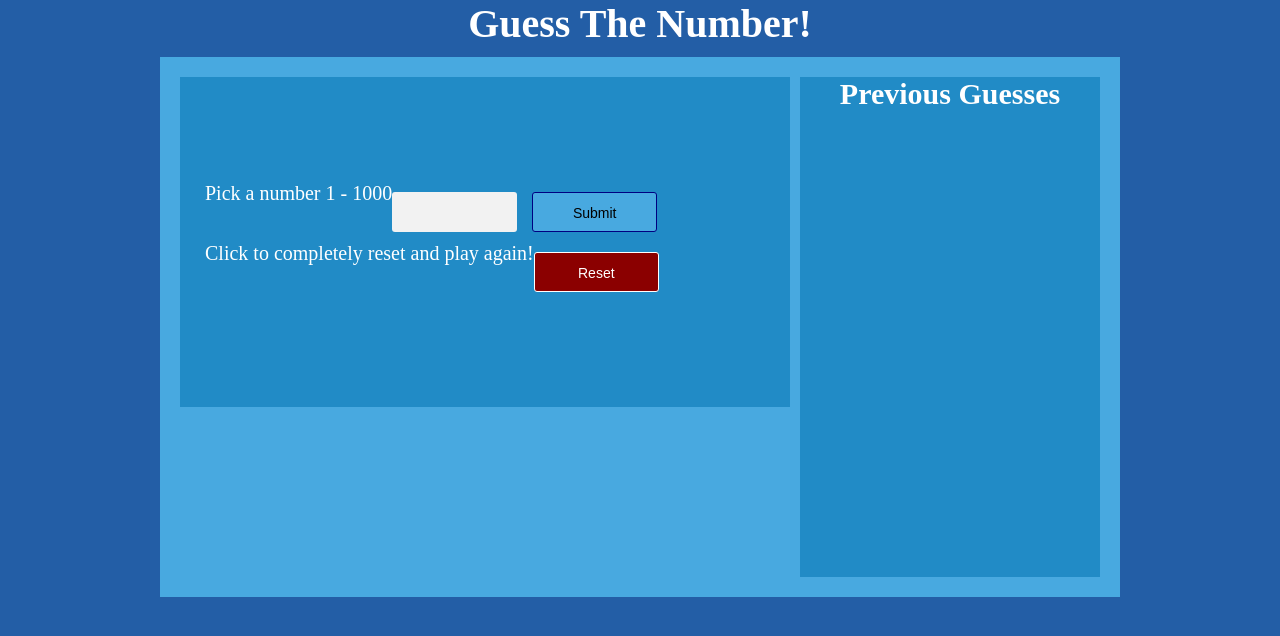
Repository: mlmEFSC21/P15-Modified-Guessing-Game
Page: guess.html
The author's editor kept a copy of each file at every save. The page is drawn from the files as they stood at one save, then again after the next save.
The browser window is 1280 px wide. The pictures show the whole page.

Above is the page before, as saved 2022-03-21 20:55:17.

### guess.html
<!DOCTYPE html>
<html lang="en">
    <head>
        <meta charset="UTF-8" />
        <meta http-equiv="X-UA-Compatible" content="IE=edge" />
        <meta name="viewport" content="width=device-width, initial-scale=1.0" />
        <link rel="stylesheet" href="guess.css" />
        <script src="guess.js" defer></script>
        <title>Guessing Game</title>
    </head>
    <body>
        <header>
            <h1 class="pageTitle">Guess The Number!</h1>
        </header>
        <section>
            <div class="gameContainer" id="container">
                <div class="results" id="results">
                    <form action="#" class="inputForm">
                        <label for="guessInput">Pick a number 1 - 1000</label>
                        <input
                            type="text"
                            required
                            name="guessInput"
                            class="guessInput"
                            id="guessInput"
                        />
                        <input type="button" class="submitBtn" id="submitBtn" value="Submit" />
                        <label for="resetBtn">Click to completely reset and play again!</label>
                        <button type="reset" class="resetBtn" id="resetBtn" name="Reset">
                            Reset
                        </button>
                    </form>
                </div>
                <div class="guessesContainer" id="guessesContainer">
                    <h2>Previous Guesses</h2>
                    <ul class="guesses" id="guessList"></ul>
                </div>
            </div>
        </section>
    </body>
</html>

### guess.css
:root {
    --clr-primary: #218bc6;
    --clr-secondary: #48a9e0;
    --clr-tertiary: #235ea6;
}

*,
*::after,
*::before {
    box-sizing: border-box;
    margin: 0;
    padding: 0;
}
body {
    background-color: var(--clr-tertiary);
    color: white;
    font-size: 20px;
}
.pageTitle {
    text-align: center;
}
.gameContainer {
    background-color: var(--clr-secondary);
    display: grid;
    max-width: 960px;
    height: 75vh;
    margin: 10px auto;
    padding: 20px;
    grid-template-columns: repeat(3, 1fr);
    grid-template-rows: repeat(3, 1fr);
    gap: 10px;
    align-items: center;
    justify-content: center;
}
.results {
    background-color: var(--clr-primary);
    display: flex;
    flex-direction: column-reverse;
    margin: 10px auto;
    padding: 0 25px;
    grid-column: 1 / 3;
    grid-row: 1 / 3;
    height: 100%;
    justify-content: center;
    align-items: center;
    overflow: hidden;
}
input,
button {
    margin-block: 10px;
}
.inputForm {
    display: flex;
    flex-wrap: wrap;
}
label {
    /* margin-right: 15px; */
}
input {
    border: none;
    -webkit-appearance: none;
    -ms-appearance: none;
    -moz-appearance: none;
    appearance: none;
    background: #f2f2f2;
    padding: 12px;
    border-radius: 3px;
    width: 125px;
    height: 40px;
    outline: none;
    font-size: 14px;
}
button {
    border: solid 1px white;
    margin-bottom: 10px;
    padding: 12px;
    border-radius: 3px;
    width: 125px;
    height: 40px;
    outline: none;
    font-size: 14px;
}
.submitBtn {
    background: var(--clr-secondary);
    border: solid 0.5px navy;
    margin-left: 15px;
}
.submitBtn:hover {
    background: #44b3db;
}
.resetBtn {
    background: darkred;
    color: white;
}
.resetBtn:hover {
    background: red;
}
.guessesContainer {
    background-color: var(--clr-primary);
    display: flex;
    flex-direction: column;
    flex-grow: 2;
    height: 100%;
    grid-row: 1 / 4;
    align-items: center;
    overflow: hidden;
}
/* the h3 that is appended by the js. It was hugging the container too much. */
h3 {
    margin: 10px;
    text-align: center;
}

### guess.js
let randomNumber = Math.floor(Math.random() * 1000 + 1);
let guesses = [];

const guessInput = document.getElementById("guessInput");
const resultsDiv = document.getElementById("results");
const submitButton = document.getElementById("submitBtn");
const resetButton = document.getElementById("resetBtn");
const p = document.createElement("p");
const ul = document.getElementById("guessList");
const li = document.createElement("li");
const guessesContainer = document.getElementById("guessesContainer");
const h3 = document.createElement("h3");

//checks to see if the guess is higher, lower, or equal to
function checkGuess() {
    const currentGuess = Number(guessInput.value);
    if (currentGuess == randomNumber) {
        guesses.push(currentGuess);
        p.innerText = "Congratulations! You guessed the number!";
        resultsDiv.append(p);
        countGuesses();
    }
    if (currentGuess < randomNumber) {
        guesses.push(currentGuess);
        p.innerText = "Too low. Try again!";
        resultsDiv.append(p);
        trackGuesses();
    }
    if (currentGuess > randomNumber) {
        guesses.push(currentGuess);
        p.innerText = "Too high. Try again!";
        resultsDiv.append(p);
        trackGuesses();
    }
}
//tracks previous guess in a <ul>. Removes <li> and populates from guesses[] each time.
function trackGuesses() {
    while (ul.hasChildNodes()) {
        ul.removeChild(ul.firstChild);
    }
    for (i = 0; i <= guesses.length - 1; i++) {
        let li = document.createElement("li");
        li.innerText = guesses[i];
        ul.appendChild(li);
    }
}

//counts how many guesses. Uses array length.
function countGuesses() {
    let numOfGuesses = guesses.length;
    if (numOfGuesses < 10) {
        h3.innerText = `${numOfGuesses} guesses?! Either you know the secret or you got lucky!`;
    } else if (numOfGuesses == 10) {
        h3.innerText = `${numOfGuesses} guesses. Ahah! You know the secret!`;
    } else if (numOfGuesses > 10) {
        h3.innerText = `Yikes! ${numOfGuesses} guesses... You should be able to do better! *Hint* Knowing the trick is half the battle.`;
    }
    guessesContainer.append(h3);
}
// creates a new random number for replay
function newRNG() {
    randomNumber = Math.floor(Math.random() * 10 + 1);
}
//resets the game completely.
function resetGame() {
    p.innerText = "";
    resultsDiv.append(p);
    while (ul.hasChildNodes()) {
        ul.removeChild(ul.firstChild);
    }
    h3.remove();
    guesses = [];
    newRNG();
    //logging random number for debugging.
    console.log(randomNumber);
}

submitButton.addEventListener("click", checkGuess);
resetButton.addEventListener("click", resetGame);
//logging random number for debugging.
console.log(randomNumber);

After the next save:
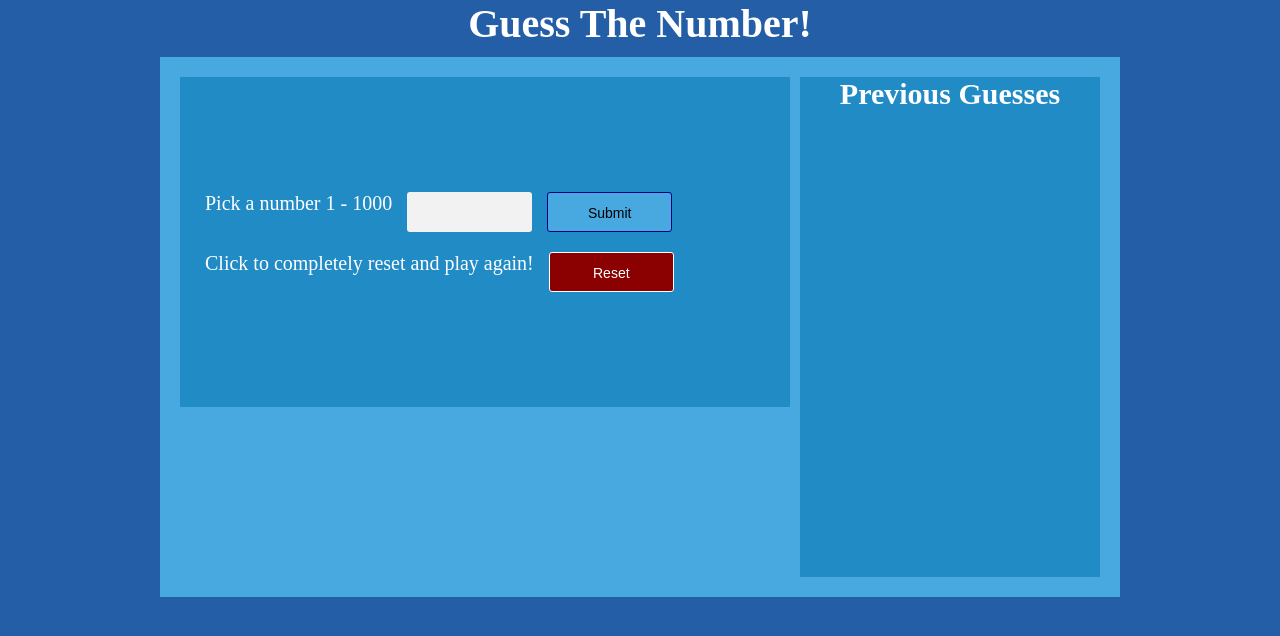
Saved 8 s later.
--- a/guess.css
+++ b/guess.css
@@ -54,7 +54,8 @@ button {
     flex-wrap: wrap;
 }
 label {
-    /* margin-right: 15px; */
+    margin-right: 15px;
+    margin-block: 10px;
 }
 input {
     border: none;
